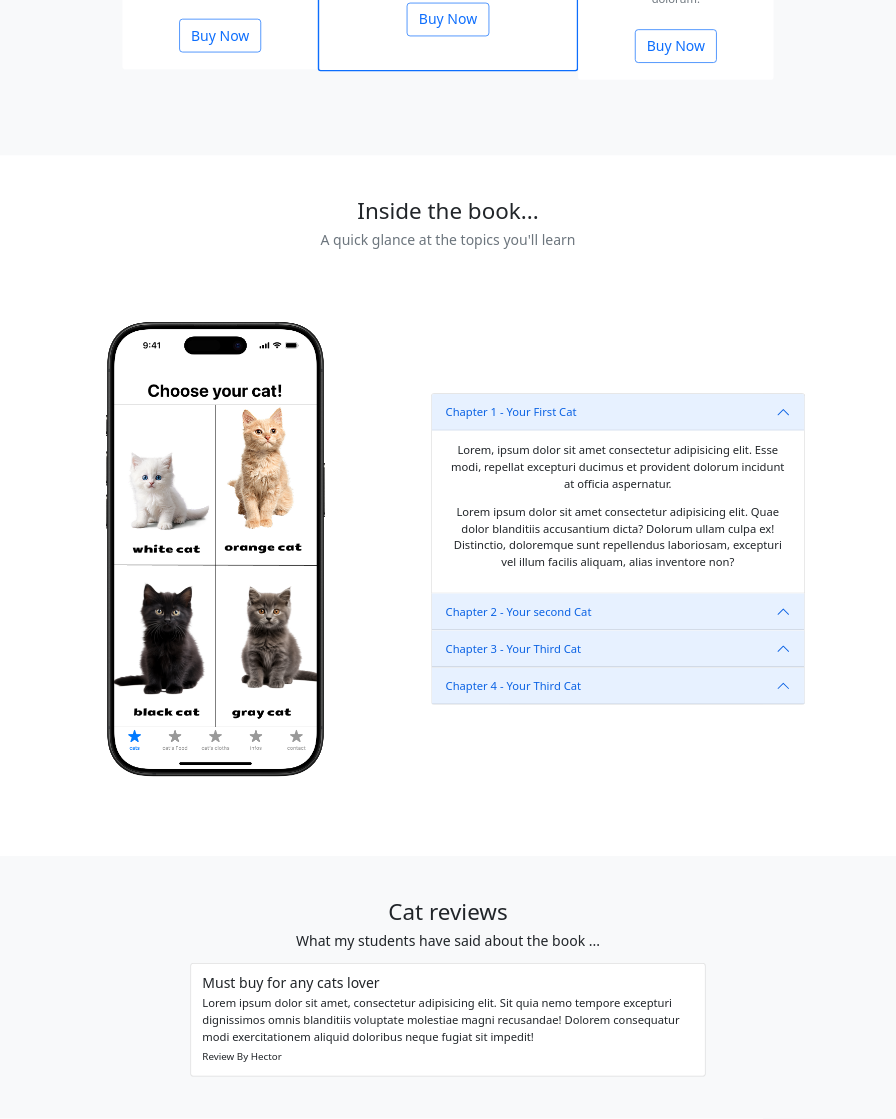
Repository: rihebtlh/catty-storefront
Page: index.html
The author's editor kept a copy of each file at every save. The page is drawn from the files as they stood at one save, then again after a run of saves.
The browser window is 1280 px wide. The pictures show the part of the page from y = 1237 to 3157 px (the page is 2835 px tall before and 3157 px after), at 70% of full size.

Above is the page before, as saved 2025-06-18 16:35:44.

After the next 2 saves:
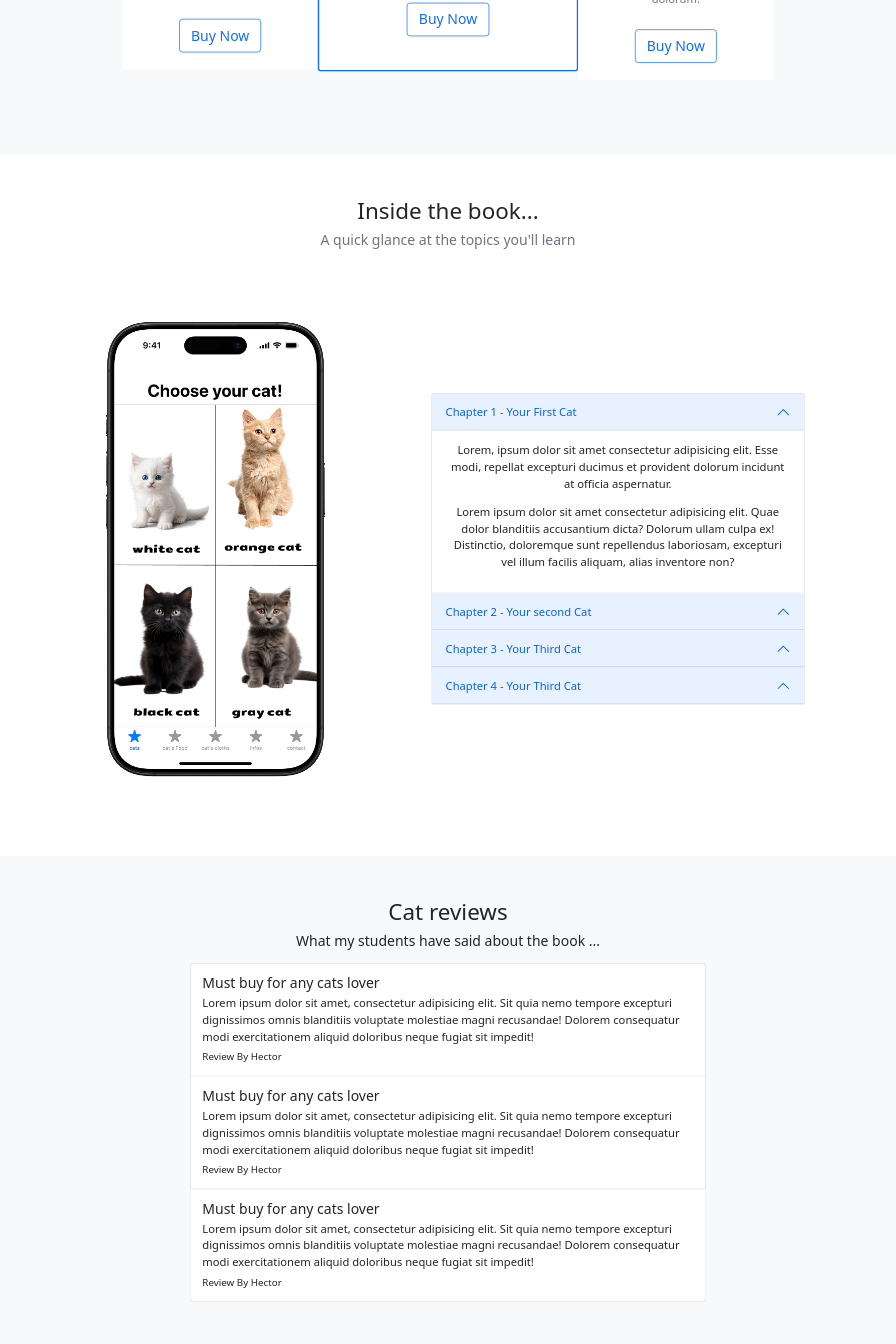
The 2 saves are shown as one change because they came seconds apart.
The last was saved 29 s later.
--- a/index.html
+++ b/index.html
@@ -233,6 +233,16 @@
                 <p class="mb-1">Lorem ipsum dolor sit amet, consectetur adipisicing elit. Sit quia nemo tempore excepturi dignissimos omnis blanditiis voluptate molestiae magni recusandae! Dolorem consequatur modi exercitationem aliquid doloribus neque fugiat sit impedit!</p>
                 <small>Review By Hector</small>
               </div>
+              <div class="list-group-item py-3">
+                <h5 class="mb-1">Must buy for any cats lover</h5>
+                <p class="mb-1">Lorem ipsum dolor sit amet, consectetur adipisicing elit. Sit quia nemo tempore excepturi dignissimos omnis blanditiis voluptate molestiae magni recusandae! Dolorem consequatur modi exercitationem aliquid doloribus neque fugiat sit impedit!</p>
+                <small>Review By Hector</small>
+              </div>
+              <div class="list-group-item py-3">
+                <h5 class="mb-1">Must buy for any cats lover</h5>
+                <p class="mb-1">Lorem ipsum dolor sit amet, consectetur adipisicing elit. Sit quia nemo tempore excepturi dignissimos omnis blanditiis voluptate molestiae magni recusandae! Dolorem consequatur modi exercitationem aliquid doloribus neque fugiat sit impedit!</p>
+                <small>Review By Hector</small>
+              </div>
             </div>
           </div>
         </div>
